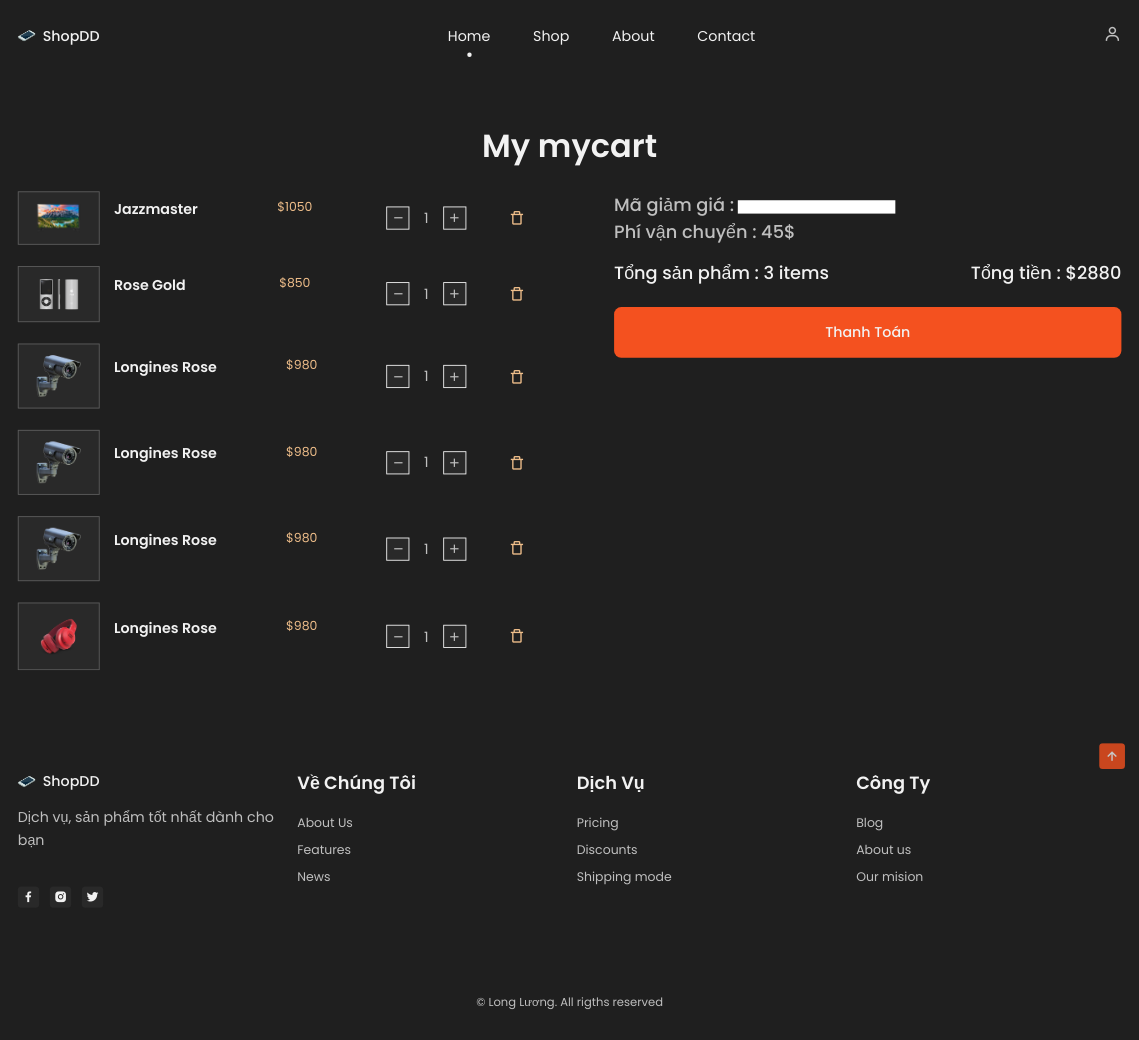
Repository: long5122000/Shopc
Page: mycart.html
The author's editor kept a copy of each file at every save. The page is drawn from the files as they stood at one save, then again after the next save.
The browser window is 1280 px wide. The pictures show the whole page, at 89% of full size.
The style sheet was rebuilt from its Sass, Less or Tailwind sources for each picture, by a compiler version that may differ from the author's.

Above is the page before, as saved 2021-12-06 15:18:15.
Console error: TypeError: Cannot read properties of null (reading 'classList')

### mycart.html
<!DOCTYPE html>
<html lang="en">
  <head>
    <meta charset="UTF-8" />
    <meta http-equiv="X-UA-Compatible" content="IE=edge" />
    <meta name="viewport" content="width=device-width, initial-scale=1.0" />
    <title>ShopDD</title>
    <link rel="shortcut icon" href="favicon.png" type="image/x-icon" />
    <link
      rel="stylesheet"
      href="https://unpkg.com/swiper@7/swiper-bundle.min.css"
    />
    <link
      rel="stylesheet"
      href="https://cdn.jsdelivr.net/npm/boxicons@latest/css/boxicons.min.css"
    />
    <link rel="stylesheet" href="./css/app.css" />
  </head>
  <body>
    <header class="header" id="header">
      <nav class="nav container">
        <a href="" class="nav__logo">
          <img src="./images/logo-3.png" alt="" class="nav__logo-img" />
          ShopDD
        </a>
        <div class="nav__menu" id="nav-menu">
          <ul class="nav__list">
            <li class="nav__item">
              <a href="#" class="nav__link active-link">Home</a>
            </li>
            <li class="nav__item">
              <a href="./shop.html" class="nav__link">Shop</a>
            </li>
            <li class="nav__item">
              <a href="./about.html" class="nav__link">About</a>
            </li>
            <li class="nav__item">
              <a href="./contact.html" class="nav__link">Contact</a>
            </li>

            <!-- <a href="" class="button button--ghost">Support</a> -->
          </ul>

          <div class="nav__close" id="nav-close">
            <i class="bx bx-x"></i>
          </div>
          <!-- <img src="./images/nav-img.png" alt="" class="nav__img" /> -->
        </div>
        <div class="nav__btns">
          <!-- Theme change button -->

          <div class="nav__shop" id="info-user">
            <i class="bx bx-user"></i>
          </div>

          <div class="nav__toggle" id="nav-toggle">
            <i class="bx bx-grid-alt"></i>
          </div>
        </div>
      </nav>
    </header>

    <div class="info" id="info">
      <i class="bx bx-x info__close" id="info-close"></i>
      <div class="info__btn">
        <a href="./login.html" class="button">Đăng nhập</a>
        <a href="./register.html" class="button">Đăng Ký</a>
      </div>
    </div>
    <main class="main">
      <section class="mycart container" id="mycart">
        <i class="bx bx-x mycart__close" id="mycart-close"></i>

        <h2 class="mycart__title-center">My mycart</h2>
        <div class="mycart__content">
          <div class="mycart__container">
            <article class="mycart__card">
              <div class="mycart__box">
                <img src="./images/new-1.png" alt="" class="mycart__img" />
              </div>

              <div class="mycart__details">
                <h3 class="mycart__title">Jazzmaster</h3>
                <span class="mycart__price">$1050</span>

                <div class="mycart__amount">
                  <div class="mycart__amount-content">
                    <span class="mycart__amount-box">
                      <i class="bx bx-minus"></i>
                    </span>

                    <span class="mycart__amount-number">1</span>

                    <span class="mycart__amount-box">
                      <i class="bx bx-plus"></i>
                    </span>
                  </div>

                  <i class="bx bx-trash-alt mycart__amount-trash"></i>
                </div>
              </div>
            </article>

            <article class="mycart__card">
              <div class="mycart__box">
                <img src="./images/new-3.png" alt="" class="mycart__img" />
              </div>

              <div class="mycart__details">
                <h3 class="mycart__title">Rose Gold</h3>
                <span class="mycart__price">$850</span>

                <div class="mycart__amount">
                  <div class="mycart__amount-content">
                    <span class="mycart__amount-box">
                      <i class="bx bx-minus"></i>
                    </span>

                    <span class="mycart__amount-number">1</span>

                    <span class="mycart__amount-box">
                      <i class="bx bx-plus"></i>
                    </span>
                  </div>

                  <i class="bx bx-trash-alt mycart__amount-trash"></i>
                </div>
              </div>
            </article>

            <article class="mycart__card">
              <div class="mycart__box">
                <img src="./images/new-5.png" alt="" class="mycart__img" />
              </div>

              <div class="mycart__details">
                <h3 class="mycart__title">Longines Rose</h3>
                <span class="mycart__price">$980</span>

                <div class="mycart__amount">
                  <div class="mycart__amount-content">
                    <span class="mycart__amount-box">
                      <i class="bx bx-minus"></i>
                    </span>

                    <span class="mycart__amount-number">1</span>

                    <span class="mycart__amount-box">
                      <i class="bx bx-plus"></i>
                    </span>
                  </div>

                  <i class="bx bx-trash-alt mycart__amount-trash"></i>
                </div>
              </div>
            </article>
            <article class="mycart__card">
              <div class="mycart__box">
                <img src="./images/new-5.png" alt="" class="mycart__img" />
              </div>

              <div class="mycart__details">
                <h3 class="mycart__title">Longines Rose</h3>
                <span class="mycart__price">$980</span>

                <div class="mycart__amount">
                  <div class="mycart__amount-content">
                    <span class="mycart__amount-box">
                      <i class="bx bx-minus"></i>
                    </span>

                    <span class="mycart__amount-number">1</span>

                    <span class="mycart__amount-box">
                      <i class="bx bx-plus"></i>
                    </span>
                  </div>

                  <i class="bx bx-trash-alt mycart__amount-trash"></i>
                </div>
              </div>
            </article>
            <article class="mycart__card">
              <div class="mycart__box">
                <img src="./images/new-5.png" alt="" class="mycart__img" />
              </div>

              <div class="mycart__details">
                <h3 class="mycart__title">Longines Rose</h3>
                <span class="mycart__price">$980</span>

                <div class="mycart__amount">
                  <div class="mycart__amount-content">
                    <span class="mycart__amount-box">
                      <i class="bx bx-minus"></i>
                    </span>

                    <span class="mycart__amount-number">1</span>

                    <span class="mycart__amount-box">
                      <i class="bx bx-plus"></i>
                    </span>
                  </div>

                  <i class="bx bx-trash-alt mycart__amount-trash"></i>
                </div>
              </div>
            </article>
            <article class="mycart__card">
              <div class="mycart__box">
                <img src="./images/new-6.webp" alt="" class="mycart__img" />
              </div>

              <div class="mycart__details">
                <h3 class="mycart__title">Longines Rose</h3>
                <span class="mycart__price">$980</span>

                <div class="mycart__amount">
                  <div class="mycart__amount-content">
                    <span class="mycart__amount-box">
                      <i class="bx bx-minus"></i>
                    </span>

                    <span class="mycart__amount-number">1</span>

                    <span class="mycart__amount-box">
                      <i class="bx bx-plus"></i>
                    </span>
                  </div>

                  <i class="bx bx-trash-alt mycart__amount-trash"></i>
                </div>
              </div>
            </article>
          </div>
          <div class="mycart__check">
            <div class="mycart__sale">
              <span class="mycart__ship-fee">Mã giảm giá :</span>
              <input type="text" />
            </div>
            <div class="mycart__ship">
              <span class="mycart__ship-fee">Phí vận chuyển : 45$</span>
            </div>
            <div class="mycart__prices">
              <span class="mycart__prices-item">Tổng sản phẩm : 3 items</span>
              <span class="mycart__prices-total">Tổng tiền : $2880</span>
            </div>
            <a href="#!" class="button mycart__button">Thanh Toán</a>
          </div>
        </div>
      </section>
    </main>
    <footer class="footer section">
      <div class="footer__container container grid">
        <div class="footer__content">
          <a href="#" class="footer__logo">
            <img src="./images/logo-3.png" alt="" class="footer__logo-image" />
            ShopDD
          </a>
          <p class="footer__description">
            Dịch vụ, sản phẩm tốt nhất dành cho bạn
          </p>
          <div class="footer__social">
            <a
              href="https://www.facebook.com/"
              target="_blank"
              class="footer__social-link"
            >
              <i class="bx bxl-facebook"></i>
            </a>
            <a
              href="https://www.instagram.com/"
              target="_blank"
              class="footer__social-link"
            >
              <i class="bx bxl-instagram-alt"></i>
            </a>
            <a
              href="https://twitter.com/"
              target="_blank"
              class="footer__social-link"
            >
              <i class="bx bxl-twitter"></i>
            </a>
          </div>
        </div>
        <div class="footer__content">
          <h3 class="footer__title">Về Chúng Tôi</h3>
          <ul class="footer__links">
            <li>
              <a href="" class="footer__link">About Us</a>
            </li>
            <li>
              <a href="" class="footer__link">Features</a>
            </li>
            <li>
              <a href="" class="footer__link">News</a>
            </li>
          </ul>
        </div>
        <div class="footer__content">
          <h3 class="footer__title">Dịch Vụ</h3>
          <ul class="footer__links">
            <li>
              <a href="" class="footer__link">Pricing</a>
            </li>
            <li>
              <a href="" class="footer__link">Discounts</a>
            </li>
            <li>
              <a href="" class="footer__link">Shipping mode</a>
            </li>
          </ul>
        </div>
        <div class="footer__content">
          <h3 class="footer__title">Công Ty</h3>
          <ul class="footer__links">
            <li>
              <a href="" class="footer__link">Blog</a>
            </li>
            <li>
              <a href="" class="footer__link">About us</a>
            </li>
            <li>
              <a href="" class="footer__link">Our mision</a>
            </li>
          </ul>
        </div>
      </div>

      <span class="footer__copy">&#169; Long Lương. All rigths reserved</span>

      <div class="modal" id="modal__view">
        <div class="modal__main">
          <i class="bx bx-x modal__close" id="modal-close"></i>
          <div class="modal__image">
            <img src="./images/new-1.png" alt="" />
          </div>
          <div class="modal__content">
            <h3 class="modal__title">Tivi</h3>
            <p class="modal__desc">
              Lorem ipsum dolor sit amet consectetur adipisicing elit. Repellat
              laborum facilis harum quis aperiam laboriosam quasi deleniti velit
              est rerum animi consectetur voluptate culpa, quas, dolor illum
              fugit exercitationem sapiente?
            </p>
            <div class="modal__price">$167</div>
          </div>
          <a href="#!" class="button modal__button">Xem chi tiết</a>
        </div>
      </div>

      <!-- <img src="./images/footer1-img.png" alt="" class="footer__image-one" />
      <img src="./images/footer2-img.png" alt="" class="footer__image-two" /> -->
    </footer>

    <a href="#" class="scrollup" id="scroll-up">
      <i class="bx bx-up-arrow-alt scrollup__icon"></i>
    </a>
    <script src="https://unpkg.com/swiper@7/swiper-bundle.min.js"></script>
    <script src="scripts/scrollreveal.min.js"></script>
    <script src="./scripts/app.js"></script>
  </body>
</html>

### sass/app.scss
@import "variables";
@import "reset";
@import "mixin";
@import "base";
@import "header";
@import "cart";
@import "search";
@import "info";
@import "home";
@import "category";
@import "about";
@import "hot";
@import "discount";
@import "new";
@import "newsletter";
@import "footer";
@import "modal";
@import "scroll";
@import "register";
@import "login";
@import "contact";
@import "address";
@import "product";
@import "category-shop";
@import "pagination-shop";
@import "detail-product";
@import "mycart";
@import "breakpoints";

### sass/_reset.scss
html {
  box-sizing: border-box;
}
* {
  margin: 0;
  padding: 0;
}
*,
*:before,
*:after {
  box-sizing: border-box;
}
input,
textarea,
select,
button {
  outline: none;
  border: none;
}
input {
  line-height: normal;
}
label,
button {
  cursor: pointer;
}
a {
  text-decoration: none;
}
img {
  display: block;
  max-width: 100%;
}

### sass/_mixin.scss
@mixin flex(
  $align: flex-start,
  $justify: flex-start,
  $wrap: nowrap,
  $dir: row
) {
  display: flex;
  justify-content: $justify;
  align-items: $align;
  flex-wrap: $wrap;
  flex-direction: $dir;
}
@mixin maxw($breakpoint) {
  @media screen and (max-width: $breakpoint) {
    @content;
  }
}
@mixin minw($breakpoint) {
  @media screen and (min-width: $breakpoint) {
    @content;
  }
}
@mixin center {
  display: flex;
  justify-content: center;
  align-items: center;
}

### sass/_search.scss
.search-box {
  width: 1px;
  height: 30px;
  background-color: rgb(88, 88, 88);
  position: relative;

  transition: all 0.5s ease;
  border-radius: 15px;
}

.search-box.open {
  width: 220px;
}

.search-input {
  width: 100%;
  height: 100%;
  border: none;
  box-shadow: none;
  background: transparent;
  color: #fff;
  padding: 20px 20px;
  font-size: 20px;
}

.search-btn {
  color: rgba(191, 191, 191);
  outline: none;
  border: none;

  position: absolute;
  right: -0;
  top: 0;
  cursor: pointer;
  font-size: 25px;
  background-color: transparent;
}

### sass/_info.scss
.info {
  position: fixed;
  background-color: rgb(59, 59, 59);
  z-index: var(--z-fixed);
  width: 100%;
  height: 100%;
  top: 0;
  right: -100%;
  padding: 5.5rem 1rem;
  transition: 0.4s;
  overflow-y: scroll;
  &__close {
    font-size: 2rem;
    color: var(--title-color);
    position: absolute;
    top: 1.25rem;
    right: 0.9rem;
    cursor: pointer;
  }
}
.show-info {
  right: 0;
}

### sass/_category.scss
.category {
  &__container {
    grid-template-columns: repeat(2, 1fr);
    gap: 1rem 2rem;
  }
  &__data {
    text-align: center;
  }
  &__image {
    width: 120px;
    margin: 0 auto;
    transition: 0.3s;
  }
  &__title {
    margin-bottom: var(--mb-0-25);
  }
  &__data:hover {
    .category {
      &__image {
        transform: translateY(-0.5rem);
      }
    }
  }
}
.scroll {
  &-header {
    background: var(--container-color);
  }
}

### sass/_about.scss
.about {
  &__container {
    row-gap: 2rem;
  }
  &__data {
    text-align: center;
  }
  &__description {
    margin-bottom: var(--mb-2);
  }
  &__image {
    width: 200px;
    justify-self: center;
  }
}

### sass/_hot.scss
.hot {
  &__container {
    grid-template-columns: repeat(2, 1fr);
    gap: 1.5rem;
    padding: 1rem;
  }
  &__content {
    position: relative;
    background: var(--container-color);
    border-radius: 1rem;
    padding: 1.5rem 0 1rem 0;
    text-align: center;
    overflow: hidden;

    &:hover .hot__image {
      transform: translateY(-0.5rem);
    }
    &:hover .hot__button {
      right: 0;
    }
  }
  &__image {
    width: 90px;
    transition: 0.3s;
    margin: 0 auto;
  }
  &__subtitle,
  &__price {
    display: block;
  }
  &__subtitle {
    font-size: var(--smaller-font-size);
    margin-bottom: var(--mb-0-5);
  }
  &__title,
  &__price {
    color: var(--title-color);
    font-weight: var(--font-medium);
    font-size: var(--normal-font-size);
  }
  &__button {
    display: flex;
    flex-direction: column;
    gap: 5px 0;
    padding: 0.5rem;
    border-radius: 0.25rem 0.25rem 0.75rem 0.25rem;
    position: absolute;
    right: -3rem;
    bottom: 0;
  }
  &__icon {
    font-size: 1.25rem;
    color: var(--title-color);
    &--bt {
      border-bottom: 1px solid gray;
      padding-bottom: 4px;
    }
    &:hover {
      color: var(--first-color);
    }
  }
}

### sass/_discount.scss
.discount {
  &__container {
    background: var(--container-color);
    border-radius: 1rem;
    padding: 2.5rem 0 1.5rem;
    row-gap: 0.75rem;
  }
  &__data {
    text-align: center;
  }
  &__title {
    font-size: var(--h2-font-size);
    margin-bottom: var(--mb-2);
  }
  &__image {
    width: 200px;
    justify-self: center;
  }
}

### sass/_newsletter.scss
.newsletter {
  &__description {
    text-align: center;
    margin-bottom: var(--mb-1-5);
  }
  &__form {
    background: var(--container-color);
    padding: 1rem;
    @include flex(center, space-between);
    // display: flex;
    // justify-content: space-between;
    border-radius: 0.75rem;
  }
  &__input {
    width: 70%;
    padding: 0 0.5rem;
    background: none;
    color: var(--title-color);
    &::placeholder {
      color: var(--text-color);
    }
  }
}

### sass/_modal.scss
.modal {
  position: fixed;
  top: 0;
  height: 100%;
  width: 100%;
  background: var(--container-color);
  transition: var(--transition250);
  opacity: 0;
  visibility: hidden;
  z-index: 100;
  border-radius: 8px;
  &__main {
    display: grid;
    grid-template-columns: 1fr;
    padding: 0 10px;
  }
  &__image {
    height: 100%;
    width: 100%;
    margin-top: var(--mb-2-5);
  }
  &__title {
    font-size: var(--h1-font-size);
    text-align: center;
    margin-top: var(--mb-2);
    margin-bottom: var(--mb-1-5);
  }
  &__desc {
    margin-bottom: var(--mb-1-5);
  }
  &__price {
    font-size: var(--h2-font-size);
    color: var(--first-color);
    margin-bottom: var(--mb-1-5);
  }
  &__button {
    text-align: center;
  }
  &__close {
    position: absolute;
    right: 5px;
    top: 5px;
    font-size: 2.5rem;
  }
}
.show-modal {
  opacity: 1;
  visibility: unset;
}

### sass/_scroll.scss
.scrollup {
  position: fixed;
  background: var(--first-color);
  right: 1rem;
  bottom: -20%;
  display: inline-flex;
  padding: 0.3rem;
  border-radius: 0.25rem;
  z-index: var(--z-tooltip);
  opacity: 0.8;
  transition: 0.4s;
  &:hover {
    background: var(--container-color);
    opacity: 1;
  }
  &__icon {
    font-size: 1.2rem;
    color: var(--title-color);
  }
}
.show-scroll {
  bottom: 3rem;
}

### sass/_contact.scss
.contact {
  margin-top: var(--mb-2);
  margin-bottom: var(--mb-2);
  &__title {
    text-align: center;
  }
  &__list {
    margin-top: var(--mb-2);
    display: flex;
    justify-content: space-around;
  }
  &__item {
    font-size: 30px;
  }
}

### sass/_address.scss
.address {
  &__list {
    display: grid;
    grid-template-columns: 1fr;
    gap: 20px 0;
    margin-bottom: var(--mb-2);
  }
  &__image {
    border-radius: 8px;
    overflow: hidden;
  }
  &__city,
  &__phone,
  &__info,
  &__email {
    text-align: center;
  }
}

### sass/_category-shop.scss
.category__shop {
  &__menu {
    margin-top: 20px;
    margin-bottom: var(--mb-1-5);
    display: grid;
    justify-content: flex-start;
    grid-auto-columns: 120px;
    grid-auto-flow: column;
    grid-gap: 0.5rem;
    overflow: auto;
    overflow-y: hidden;
    scroll-snap-type: x mandatory;
    scroll-snap-stop: always;
    -ms-touch-action: manipulation;
    touch-action: manipulation;
    -webkit-overflow-scrolling: touch;
    scroll-padding: 1rem;
    grid-template-columns: unset;
  }
  &__menu::-webkit-scrollbar {
    display: none;
    width: 0;
  }
  &__menu > * {
    scroll-snap-align: start;
  }

  &-item {
    padding: 15px 20px;
    border: 1px solid gray;
    border-radius: 8px;
  }
  &__button {
    padding: 15px 15px;
    border-radius: 8px;
    background-color: transparent;
    color: #fff;
    border: 1px solid gray;
  }
}
.active {
  background-color: var(--first-color);
}
.hide {
  display: none;
}

### sass/_pagination-shop.scss
.pagination {
  &__list {
    display: flex;
    justify-content: center;
    gap: 0 20px;
  }
  &__item {
    background-color: transparent;
  }
  &__link {
    padding: 10px 10px;
    color: var(--text-color);
  }
}
.pagination-active {
  background-color: var(--red);
  border-radius: 4px;
}

### sass/_detail-product.scss
.product__detail {
  display: grid;
  grid-template-columns: 1fr;
  &-content {
    padding: 10px 15px;
  }
  &-category {
    font-size: var(--h3-font-size);
    color: var(--h3-color);
  }
  &-name {
    margin-top: 15px;
    margin-bottom: 15px;
    font-size: var(--h1-font-size);
  }
  &-price {
    font-size: var(--h1-font-size);
    color: var(--first-color);
  }
  &-quantity {
    margin-top: 20px;
    text-align: center;
  }
}
.tru,
.cong {
  padding: 10px;
}
.num {
  padding: 10px 10px;
  width: 50px;
}
.add__cart {
  margin-top: 20px;
  margin-bottom: 20px;
}
.product__desc {
  &__button {
    padding: 15px 15px;
    border-radius: 8px;
    background-color: transparent;
    color: #fff;
    border: 1px solid gray;
  }
  &-long {
    margin-top: 20px;
  }
}
.product__comment {
  margin-top: 20px;
}
.active {
  background-color: var(--first-color);
}
.hide {
  display: none;
}

Loaded but not shown: scripts/scrollreveal.min.js (library); scripts/app.js (199 lines, source omitted); sass/_breakpoints.scss (503 lines, source omitted); sass/_product.scss (111 lines, source omitted); sass/_cart.scss (106 lines, source omitted); sass/_mycart.scss (95 lines, source omitted); sass/_new.scss (84 lines, source omitted); sass/_header.scss (97 lines, source omitted); sass/_register.scss (100 lines, source omitted); sass/_login.scss (100 lines, source omitted); sass/_variables.scss (59 lines, source omitted); sass/_home.scss (82 lines, source omitted); sass/_base.scss (84 lines, source omitted); sass/_footer.scss (77 lines, source omitted)

After the next save:
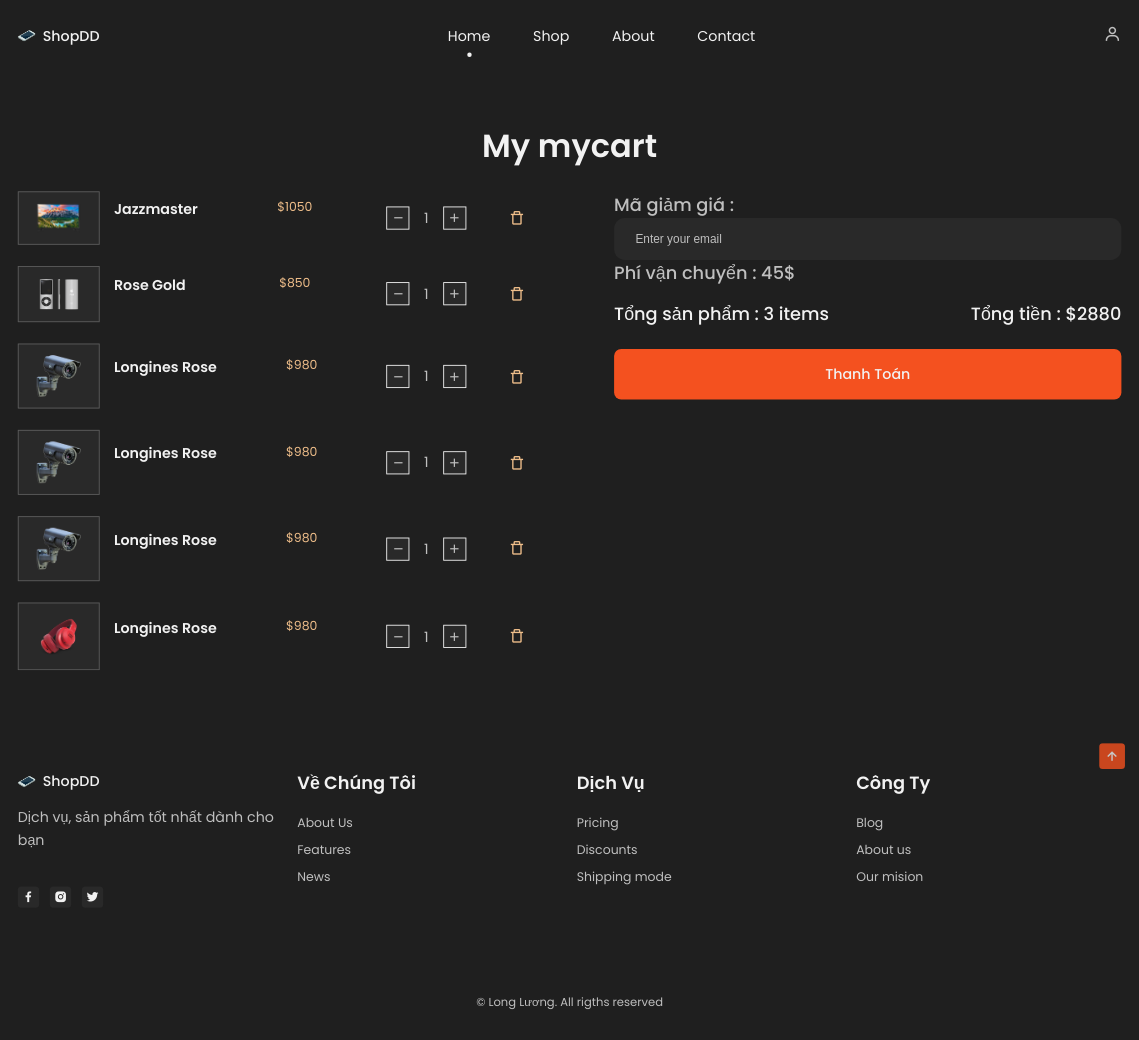
Saved 79 s later.
--- a/mycart.html
+++ b/mycart.html
@@ -236,7 +236,12 @@
           <div class="mycart__check">
             <div class="mycart__sale">
               <span class="mycart__ship-fee">Mã giảm giá :</span>
-              <input type="text" />
+              <form action="" class="newsletter__form">
+                <input
+                  type="email"
+                  placeholder="Enter your email"
+                  class="newsletter__input"
+                />
             </div>
             <div class="mycart__ship">
               <span class="mycart__ship-fee">Phí vận chuyển : 45$</span>
